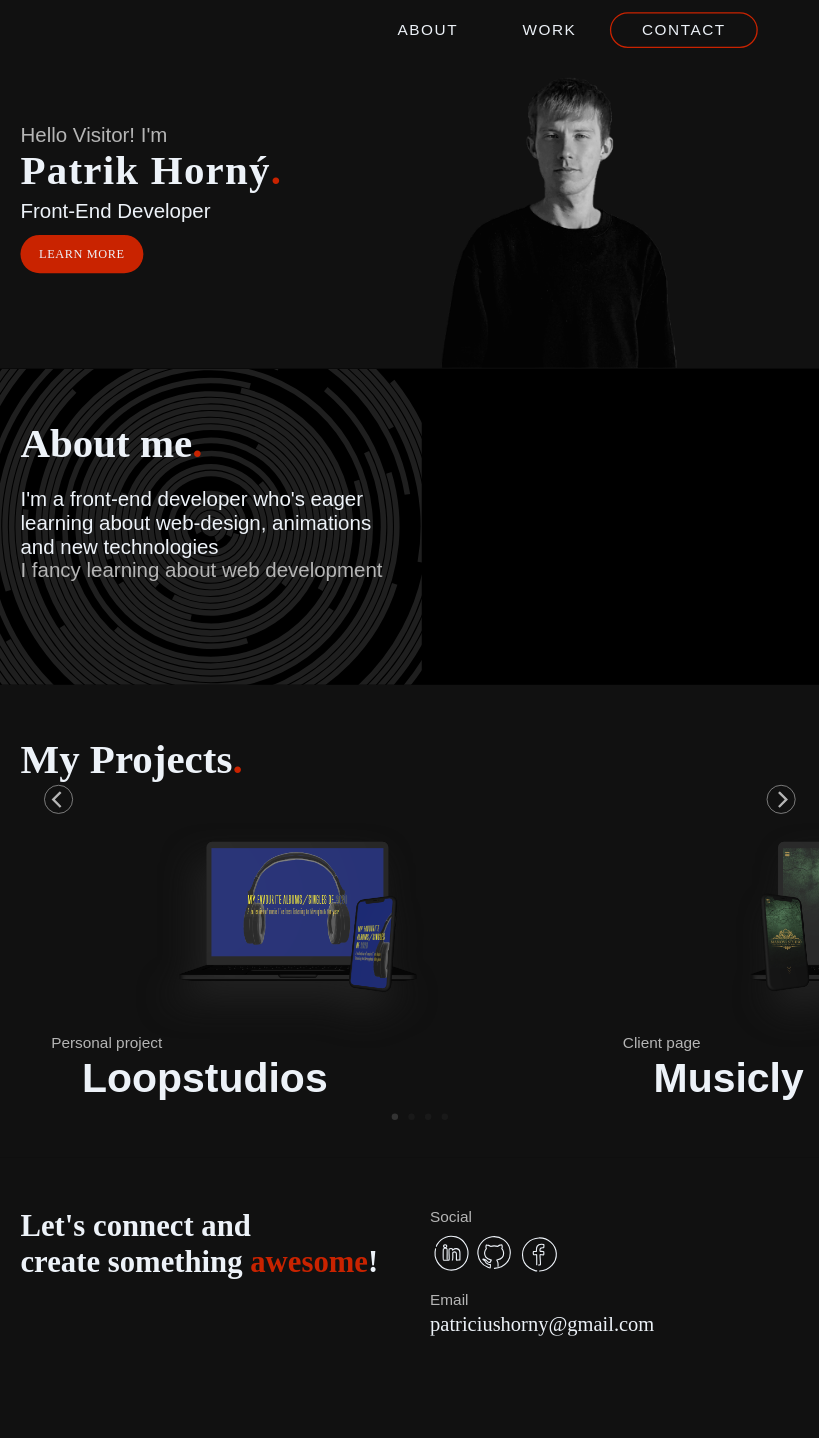
Repository: Spreceriany/portfolio
Page: index.html
These files come from the project's save history. The page is drawn as it stood at one moment and after the next save; the edit follows.
The browser window is 1280 px wide. The pictures show the whole page, at 64% of full size.
Some web fonts or font styles are not loaded; a fallback is used. The style sheet was rebuilt from its Sass, Less or Tailwind sources for each picture, by a compiler version that may differ from the author's.

Above is the page before, as saved 2021-03-11 15:59:57.

After the next save:
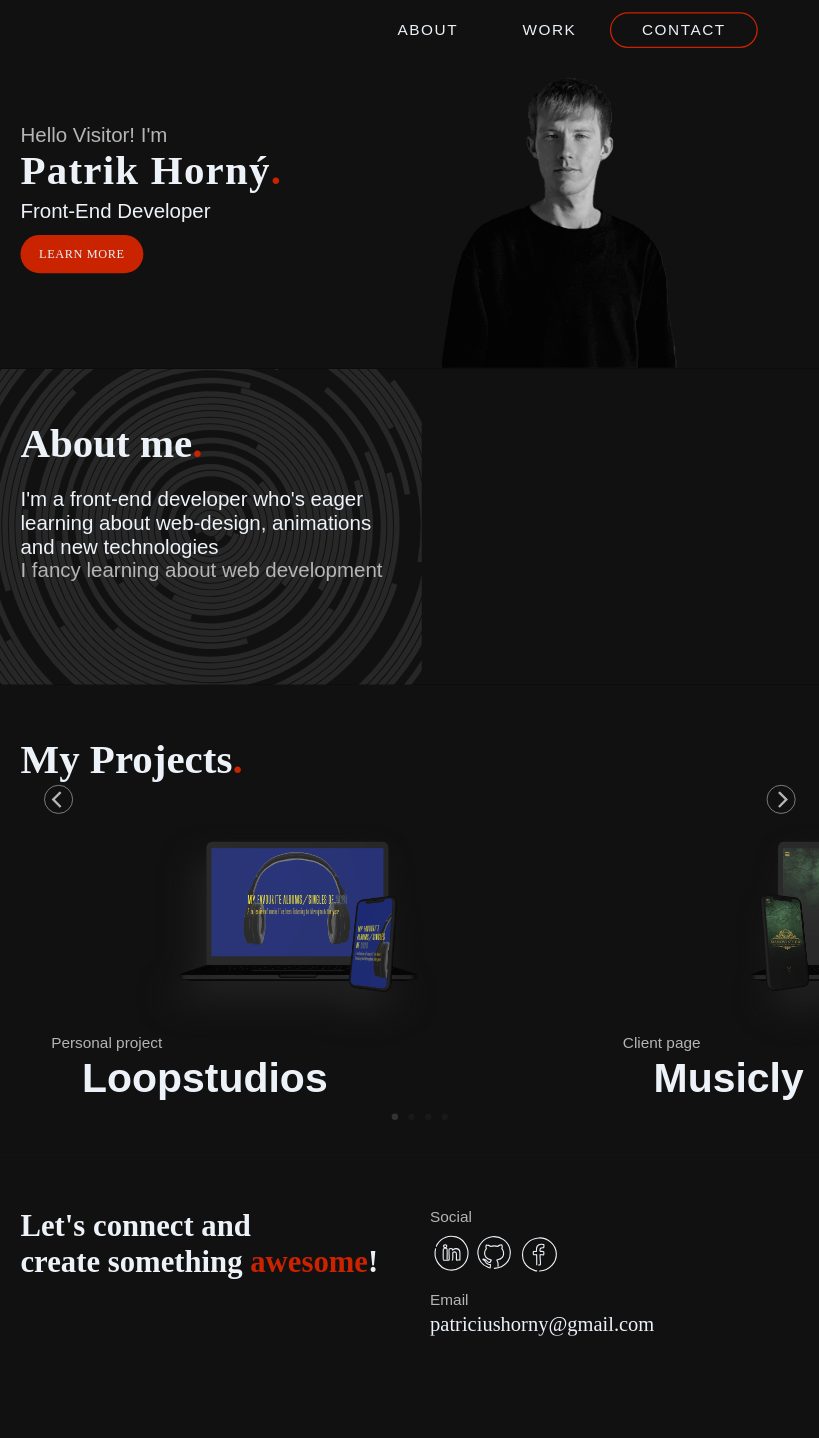
Saved 37 s later.
--- a/css/components/_about.scss
+++ b/css/components/_about.scss
@@ -8,7 +8,7 @@
     background-color: #111111;
     color: $white-ish;
     display: grid;
-    background-color: #000000;
+
 background-image: url("data:[embedded picture, 3197 characters]");
 
 background-repeat: no-repeat;
